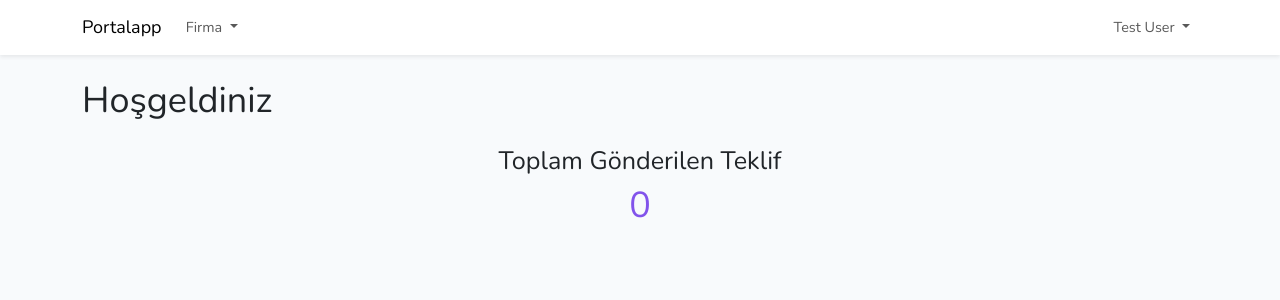
Repository: oguzhansade/portalapp
Page: http://localhost/
An editor plug-in stored every save of this project. The page is shown before and after the next save, followed by the edit.
The browser window is 1280 px wide. The pictures show the whole page.
The page is served by the project's Laravel application, run on PHP 8.4 with Laravel 9. A made-up administrator, Test User (test@example.com), is signed in. Style sheets and scripts are compiled from the project's sources, by tool versions that may differ from the author's. Queries for data that is not in the repository find no rows.

Above is the page before, as saved 2023-06-22 22:02:28.

After the next save:
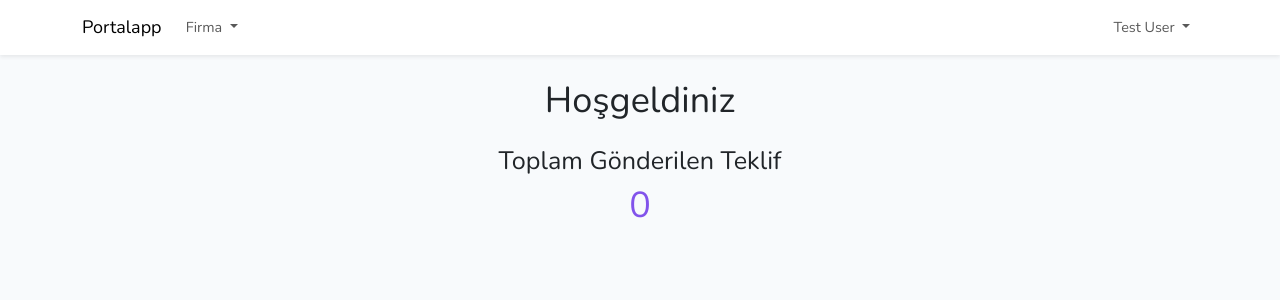
Saved 10 s later.
--- a/resources/views/front/home/index.blade.php
+++ b/resources/views/front/home/index.blade.php
@@ -2,7 +2,7 @@
 @section('content')
     <div class="container">
         <div class="row">
-            <div class="col-md-12">
+            <div class="col-md-12 d-flex justify-content-center">
                 <h1>Hoşgeldiniz</h1>
             </div>
         </div>
